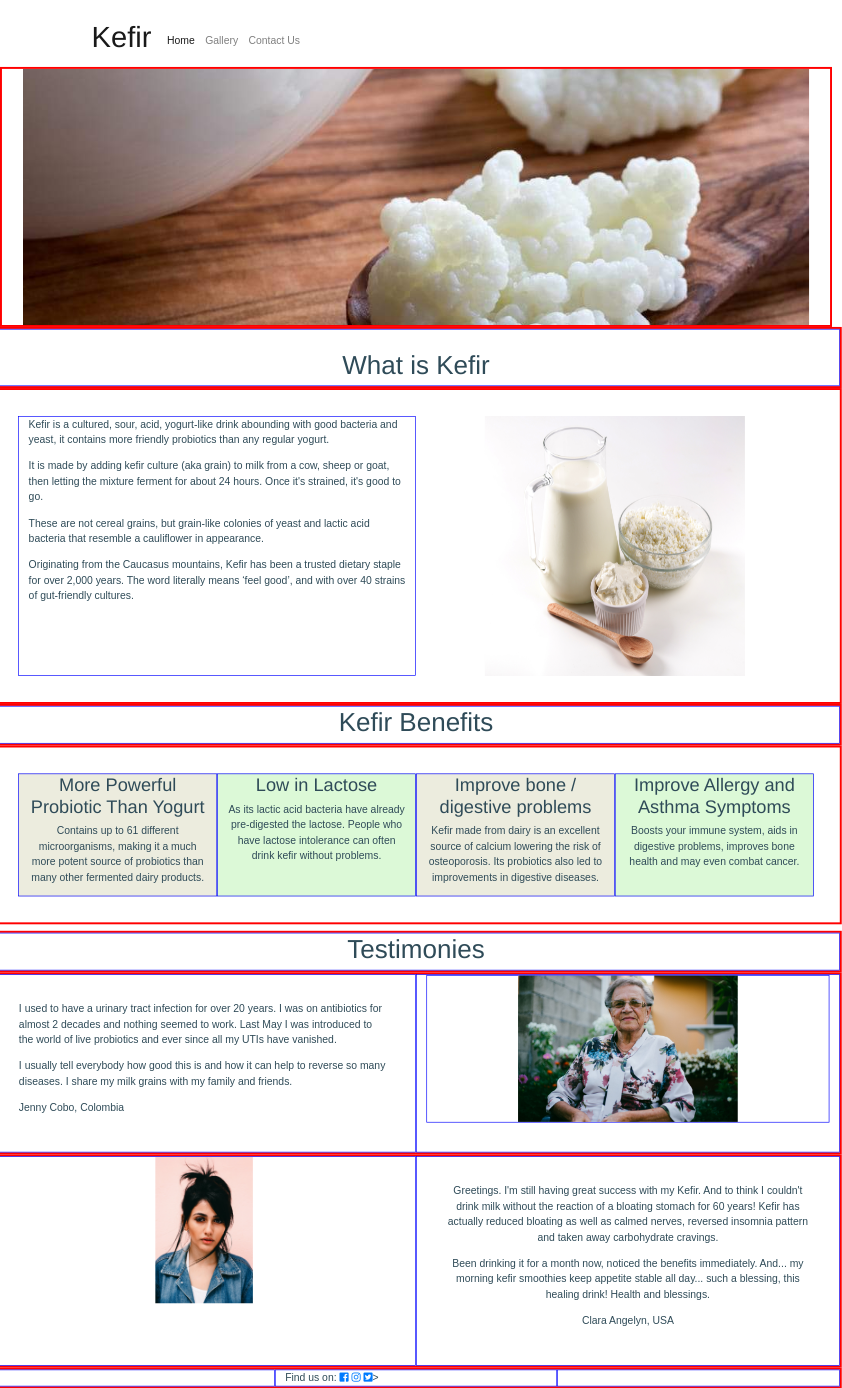
Repository: Code-Institute-Submissions/andna5980-kefir-repo_JuneResub
Page: index.html
These files come from the project's save history. The page is drawn as it stood at one moment and after the next save; the edit follows.
The browser window is 1280 px wide. The page is 1295 px wide, so the pictures cover 1295 px, including what lies to the right of the window. The pictures show the whole page, at 65% of full size.
Some web fonts or font styles are not loaded; a fallback is used. Some web libraries are served in a nearby version.

Above is the page before, as saved 2021-03-01 23:37:17.

### index.html
<!DOCTYPE html>
<html lang="en-US">

<head>
  <meta charset="UTF-8">
  <meta name="viewport" content="width=device-width, initial-scale=1.0">
  <meta name="author" content="Andres Navarrete">
  <meta name="description"
    content="Kefir, meet the power of nature. Bring the right knowledge and the best recipes from mother nature">
  <meta name="keywords" content="Kefir, recipes, natural-products, home-made, organic, healthy">
  <title>KEFIR | MEET THE POWER OF NATURE</title>
  <link rel="stylesheet" href="https://cdn.jsdelivr.net/npm/bootstrap@4.5.3/dist/css/bootstrap.min.css"
    integrity="sha384-TX8t27EcRE3e/ihU7zmQxVncDAy5uIKz4rEkgIXeMed4M0jlfIDPvg6uqKI2xXr2" crossorigin="anonymous">
  <link rel="stylesheet" href="https://use.fontawesome.com/releases/v5.6.3/css/all.css"
    integrity="sha384-UHRtZLI+pbxtHCWp1t77Bi1L4ZtiqrqD80Kn4Z8NTSRyMA2Fd33n5dQ8lWUE00s/" crossorigin="anonymous">
  <link href="./assets/styles/style.css" rel="stylesheet">
</head>

<body>
  <!--------------------Main-Header-------------------------------------->
  <header>
    <nav class="navbar navbar-expand-md navbar-light">
      <a class="navbar-brand" href="#">Kefir</a>
      <button class="navbar-toggler" type="button" data-toggle="collapse" data-target="#navbarNav"
        aria-controls="navbarNav" aria-expanded="false" aria-label="Toggle navigation">
        <span class="navbar-toggler-icon"></span>
      </button>
      <div class="collapse navbar-collapse" id="navbarNav">
        <ul class="navbar-nav">
          <li class="nav-item active">
            <a class="nav-link" href="#">Home <span class="sr-only">(current)</span></a>
          </li>
          <li class="nav-item">
            <a class="nav-link" href="#">Gallery</a>
          </li>
          <li class="nav-item">
            <a class="nav-link" href="#">Contact Us</a>
          </li>

        </ul>
      </div>
    </nav>
  </header>

  <!--------------------Hero-IMAGE--------------------- ----------------->

  <div class="test-red container-hero">
    <div class="hero-image col-12"></div>
  </div>


  <!--------------------What-is-kefir-------------------------------------->

  <section>
    <div class="test-red row">
      <div class="welcome-text test-blue col-12">
        <h1>What is Kefir</h1>
      </div>
    </div>

    <div class="kefir-description test-red row">
      <div class="test-blue col-12 col-sm-6 ">
        <p>Kefir is a cultured, sour, acid, yogurt-like drink abounding with good bacteria and yeast, it contains
          more friendly probiotics than any regular yogurt.</p>
        <p>It is made by adding kefir culture (aka grain) to milk from a cow, sheep or goat, then letting the
          mixture ferment for about 24 hours. Once it's strained, it's good to go.</p>
        <p>These are not cereal grains, but grain-like colonies of yeast and lactic acid bacteria that resemble a
          cauliflower in appearance.</p>
        <p>Originating from the Caucasus mountains, Kefir has been a trusted dietary staple for over 2,000 years.
          The word literally means ‘feel good’, and with over 40 strains of gut-friendly cultures.</p>
      </div>

      <div class="col-12 col-sm-6 ">
        <div class="kefir-description-image">
          <img src="./assets/images/milk-products-dairy.jpg" alt="diferent-kefir-derivates" height="400" width="400">
        </div>
      </div>
    </div>

  </section>


  <!--------------------Kefir-benefits-------------------------------------->

  <section class="benefits-title">
    <div class="test-red row ">
      <div class=" test-blue col-12">
        <h1>Kefir Benefits</h1>
      </div>
    </div>

    <div class="test-red row benefits-row">
      <div class="test-blue benefits-box1 col-12 col-sm-6 col-md-3">
        <h3>More Powerful Probiotic Than Yogurt</h3>
        <p>Contains up to 61 different microorganisms, making it a much
          more potent source of probiotics than many other fermented dairy products.
        </p>
      </div>
      <div class="test-blue benefits-box col-12 col-sm-6 col-md-3">
        <h3>Low in Lactose </h3>
        <p>As its lactic
          acid bacteria have already pre-digested the lactose. People who have lactose
          intolerance can often drink kefir without problems.
        </p>

      </div>
      <div class="test-blue benefits-box1 col-12 col-sm-6 col-md-3">
        <h3>Improve bone / digestive problems </h3>
        <p>Kefir made from dairy is an excellent source of calcium lowering the risk of osteoporosis. Its probiotics
          also led to improvements in digestive diseases.
        </p>
      </div>
      <div class="test-blue benefits-box col-12 col-sm-6 col-md-3">
        <h3>Improve Allergy and Asthma Symptoms</h3>
        <p>Boosts your immune system, aids in digestive problems, improves bone health and may even combat cancer.
        </p>
      </div>
    </div>
  </section>

  <!--------------------Testimonies-------------------------------------->

  <section>
    <div class="testimonies-title test-red row">
      <div class=" test-blue col-12">
        <h1>Testimonies</h1>
      </div>
    </div>

    <div class=" test-red row">
      <div class="test-blue testimony-box col-12 col-sm-6">
        <p>I used to have a urinary tract infection for over 20 years. I was on antibiotics for almost 2 decades and
          nothing seemed to work. Last May I was introduced to the world of live probiotics and ever since all my
          UTIs have vanished.</p>
        <p>I usually tell everybody how good this is and how it can help to reverse so many diseases. I share my
          milk grains with my family and friends.</p>
        <p>Jenny Cobo, Colombia</p>
      </div>

      <div class="test-blue col-12 col-sm-6">
        <div class="test-blue testimony-image">
          <img src="./assets/images/damir-bosnjak-VQ2L7t5qt_8-unsplash-min.jpg" alt="old-woman" height="225">
        </div>
      </div>
    </div>

    <div class="test-red row flex-column-reverse flex-sm-row testimony-image">
      <div class="test-blue testimony-image col-12 col-sm-6 col.order-1.order-xs-2">
        <img src="./assets/images/matheus-ferrero-W7b3eDUb_2I-unsplash.jpg" alt="young-woman" height="225">
      </div>

      <div class="test-blue testimony-box col-12 col-sm-6 ">
        <p>Greetings. I'm still having great success with my Kefir. And to think I couldn't drink milk without the
          reaction of a bloating stomach for 60 years! Kefir has actually reduced bloating as well as calmed
          nerves, reversed insomnia pattern and taken away carbohydrate cravings.</p>
        <p> Been drinking it for a month now, noticed the benefits immediately. And... my morning kefir smoothies
          keep appetite stable all day... such a blessing, this healing drink! Health and blessings.</p>
        <p>Clara Angelyn, USA</p>
      </div>

    </div>
  </section>

</body>

<footer>
  <div class="test-red row">
    <div class="test-blue col-4 "></div>
    <div class="test-blue col-4">
      <span>Find us on:</span>
      <a href="http://facebook.com" target="_blank"><i class="fab fa-facebook-square"></i></a>

      <a href="http://instagram.com" target="_blank"><i class="fab fa-instagram"></i></a>

      <a href="http://twitter.com" target="_blank"><i class="fab fa-twitter-square"></i></a>>
    </div>
    <div class="test-blue col-4"></div>
  </div>
</footer>
<!--
<nav class="navbar fixed-bottom navbar-light bg-light">
  <div class="container-fluid">
    <a class="navbar-brand" href="#">Fixed bottom</a>
  </div>
</nav> -->









<script src="https://code.jquery.com/jquery-3.2.1.slim.min.js"
  integrity="sha384-KJ3o2DKtIkvYIK3UENzmM7KCkRr/rE9/Qpg6aAZGJwFDMVNA/GpGFF93hXpG5KkN" crossorigin="anonymous"></script>
<script src="https://cdnjs.cloudflare.com/ajax/libs/popper.js/1.12.9/umd/popper.min.js"
  integrity="sha384-ApNbgh9B+Y1QKtv3Rn7W3mgPxhU9K/ScQsAP7hUibX39j7fakFPskvXusvfa0b4Q" crossorigin="anonymous"></script>
<script src="https://maxcdn.bootstrapcdn.com/bootstrap/4.0.0/js/bootstrap.min.js"
  integrity="sha384-JZR6Spejh4U02d8jOt6vLEHfe/JQGiRRSQQxSfFWpi1MquVdAyjUar5+76PVCmYl" crossorigin="anonymous"></script>

</html>

### assets/styles/style.css
@import url('https://fonts.googleapis.com/css2?family=Amatic+SC&family=Caveat+Brush&display=swap');

/*.container {
    margin: 15px;
}
*/

body {
    font-family: Arial, Helvetica, sans-serif;
    color: #2F4B58;
    max-width: 1500px;
}

h1, h2, h3 {
    font-family:  Caveat Brush, Helvetica, sans-serif;
    color: #2F4B58;
}


/*----------------------BORDER ROWS AND COLUMNS----------*/

.test-red {
    border: 3px solid red
}

.test-blue {
    border:1px solid blue
}


/*-----------------------Header ----------*/

.navbar-brand {
    float: left;
    color: #2F4B58;
    font-family:  Caveat Brush, Helvetica, sans-serif;
    font-size: 280%;
    margin-left: 10%;
    margin-top: 10px;
}

.navbar-nav {
    float: right;
}

.navbar-nav li a{
    margin-top: 20px;
    color: #2F4B58;
}


.navbar-toggler {
    border: 2px solid #2F4B58;
    color: #2F4B58;
}

/*
.navbar-toggler.icon{

}
*/





.menu a {
    text-decoration: none;
    color: #2F4B58;
}

.menu  {
list-style-type: none;
margin-right: 5%;
margin-top: 30px; /* CHAPUZA  */
word-spacing: 5px;
}

.menu ul {
    float:right;
    margin-left: 10px;
}

.menu li {
    list-style-type: none;
    display: inline-flex;
}


/*-----------------------Hero-image ----------*/

.container-hero {
    height: 400px;
    overflow: hidden;
}

.hero-image {
    height: 400px;
    width: 100%;
    background: url(../images/milk-kefir-grains-spoon_1024x1024.jpg) no-repeat center;
    animation-name: hero-zoom;
    animation-duration: 4s;
    animation-fill-mode: forwards;
}

/*------Animation of the Hero image-------*/

@keyframes hero-zoom {
    from{
        transform: scale(1);
    }
    to{
        transform: scale(1.2);
    }
}

/*-----------------------What-is-kefir-are----------*/

.welcome-text {
    text-align: center;
    margin: 25px, 0;
    padding-top: 30px;
}

.kefir-description{
    padding: 40px;
}

.kefir-description-image {
    /* background-size: 600px; */
    text-align: center;
}


/*-----------------------kefir-benefits-area----------*/

.benefits-title {
    text-align: center;
    margin: 30px, 0;

}

.benefits-row {
    padding: 40px;
    color: #2F4B58;

}

.benefits-box1 {
    background-color: #ECECDE;
}
.benefits-box {
    background-color: #DCF9D7;
}



/*-----------------------testimonies----------*/
.testimonies-title {
    text-align: center;
    margin: 25px, 0;
    margin-top: 10px;
}

.testimony-image {
    background-size: 600px;
    text-align: center;
}

.testimony-box{
    padding: 40px;
}

After the next save:
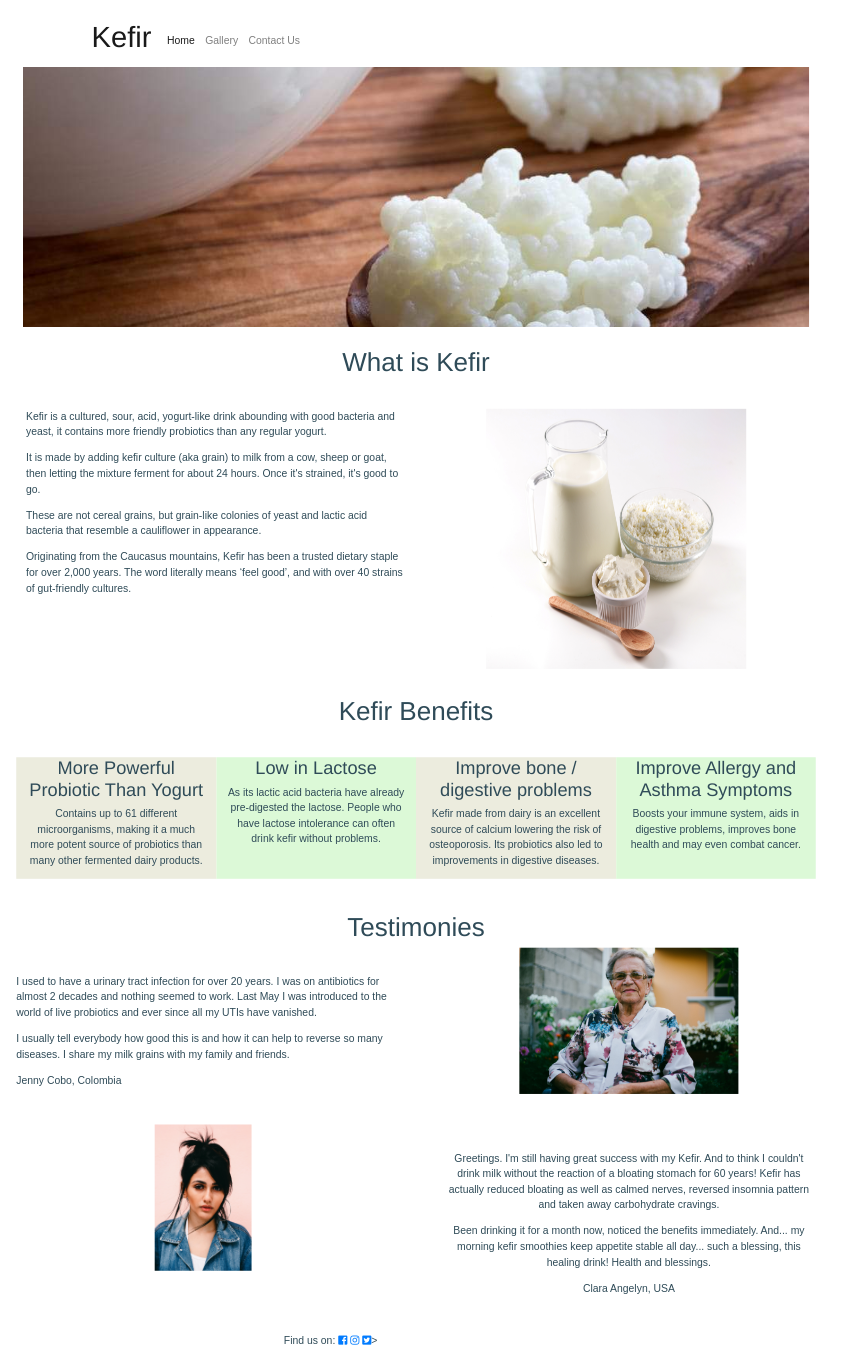
Saved 5 min 31 s later.
--- a/assets/styles/style.css
+++ b/assets/styles/style.css
@@ -19,13 +19,13 @@
 
 /*----------------------BORDER ROWS AND COLUMNS----------*/
 
-.test-red {
+/* .test-red {
     border: 3px solid red
 }
 
 .test-blue {
     border:1px solid blue
-}
+} */
 
 
 /*-----------------------Header ----------*/

After the save that followed:
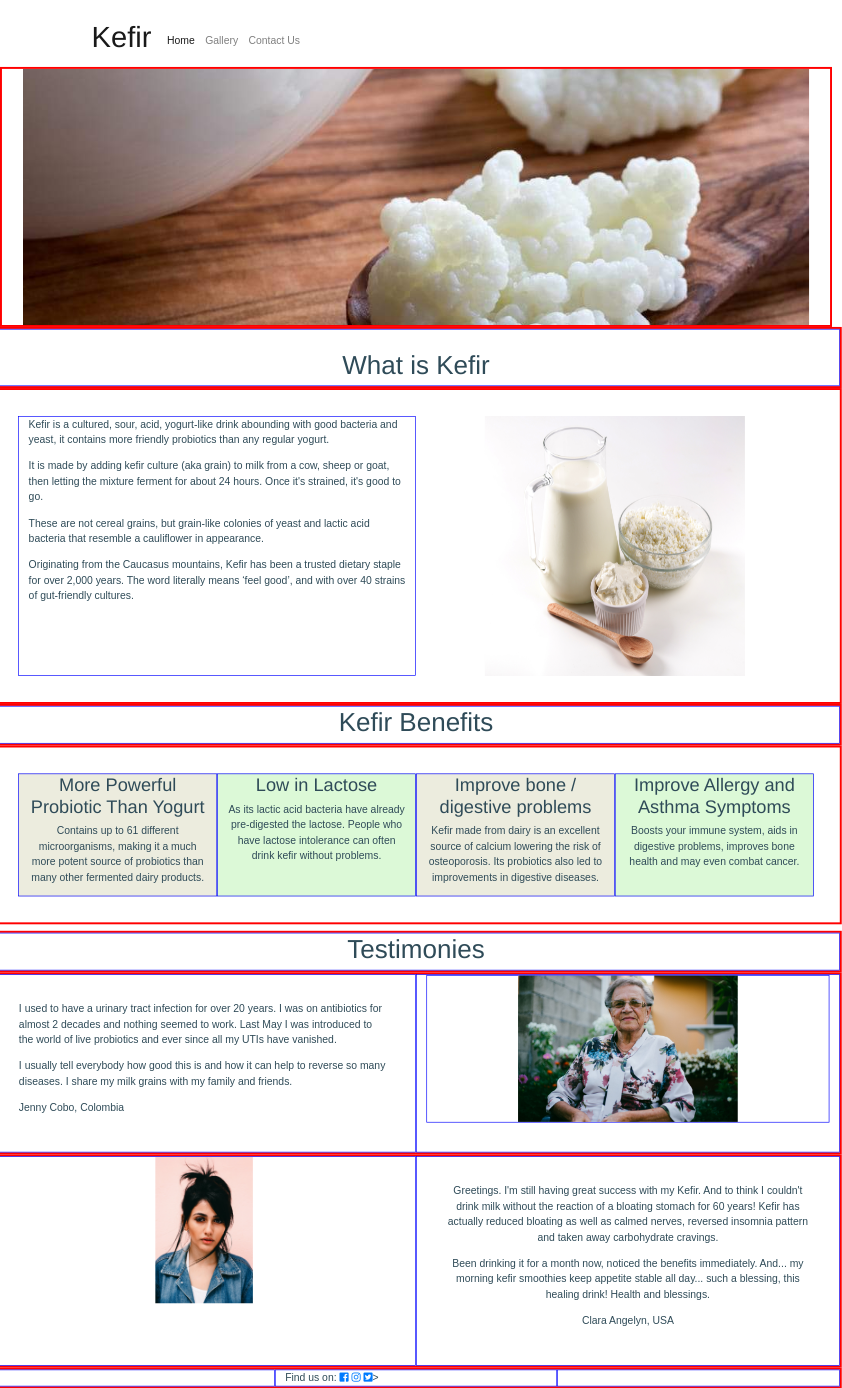
Saved 47 s later.
--- a/assets/styles/style.css
+++ b/assets/styles/style.css
@@ -19,13 +19,13 @@
 
 /*----------------------BORDER ROWS AND COLUMNS----------*/
 
-/* .test-red {
+.test-red {
     border: 3px solid red
 }
 
 .test-blue {
     border:1px solid blue
-} */
+}
 
 
 /*-----------------------Header ----------*/
